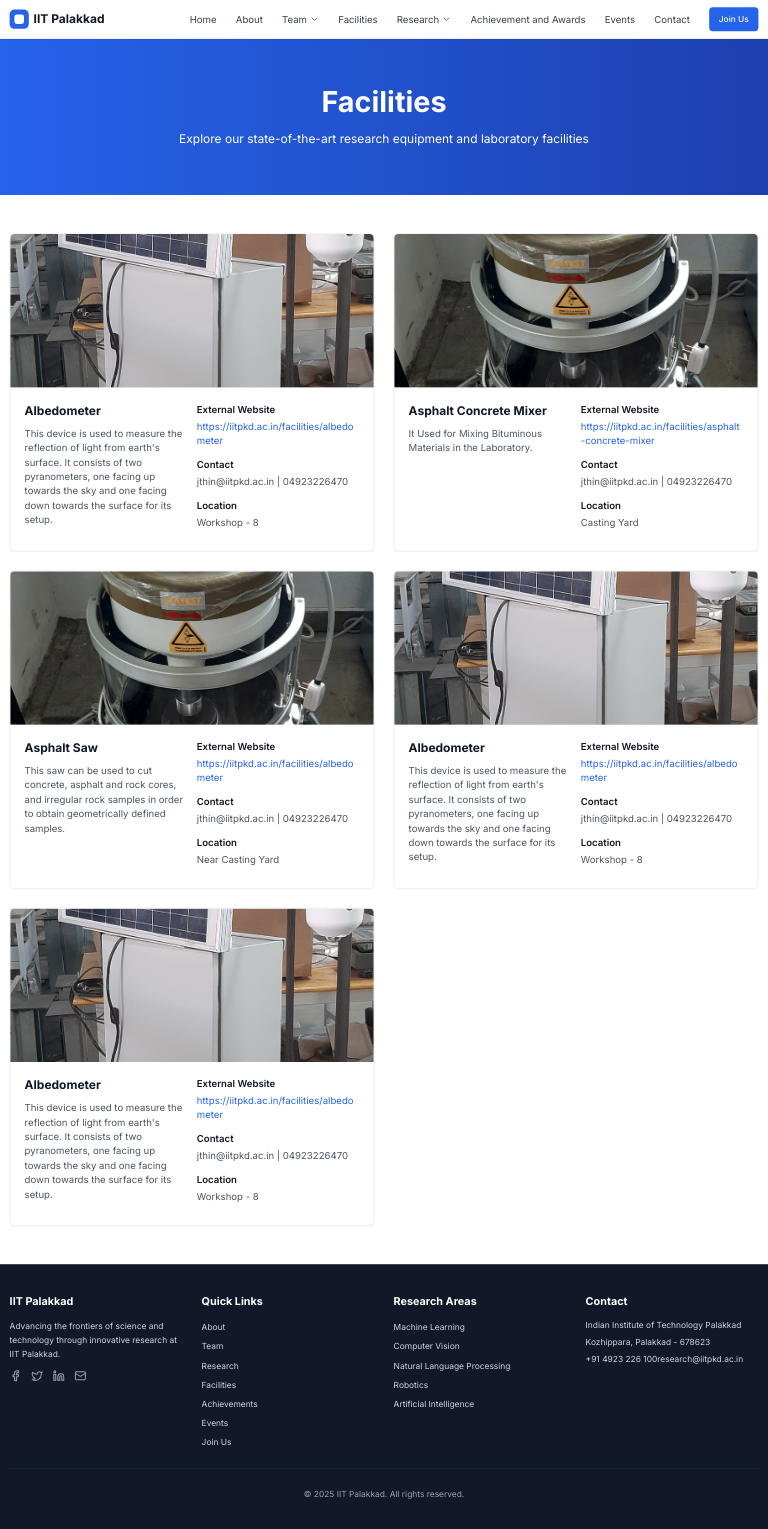
Repository: Gopikrish-30/ARISE
Page: /facilities
The author's editor kept a copy of each file at every save. The page is drawn from the files as they stood at one save, then again after a run of saves.
The browser window is 1280 px wide. The pictures show the whole page, at 60% of full size.
The project was rebuilt for these pictures with package versions that can differ from the ones it lists, and the page was loaded fresh each time. The framework's server and built-in components were replaced by stand-ins that run in the browser. Also part of the build but not shown: next.config.mjs.

Above is the page before, as saved 2025-06-27 22:47:37.

After the next 7 saves:
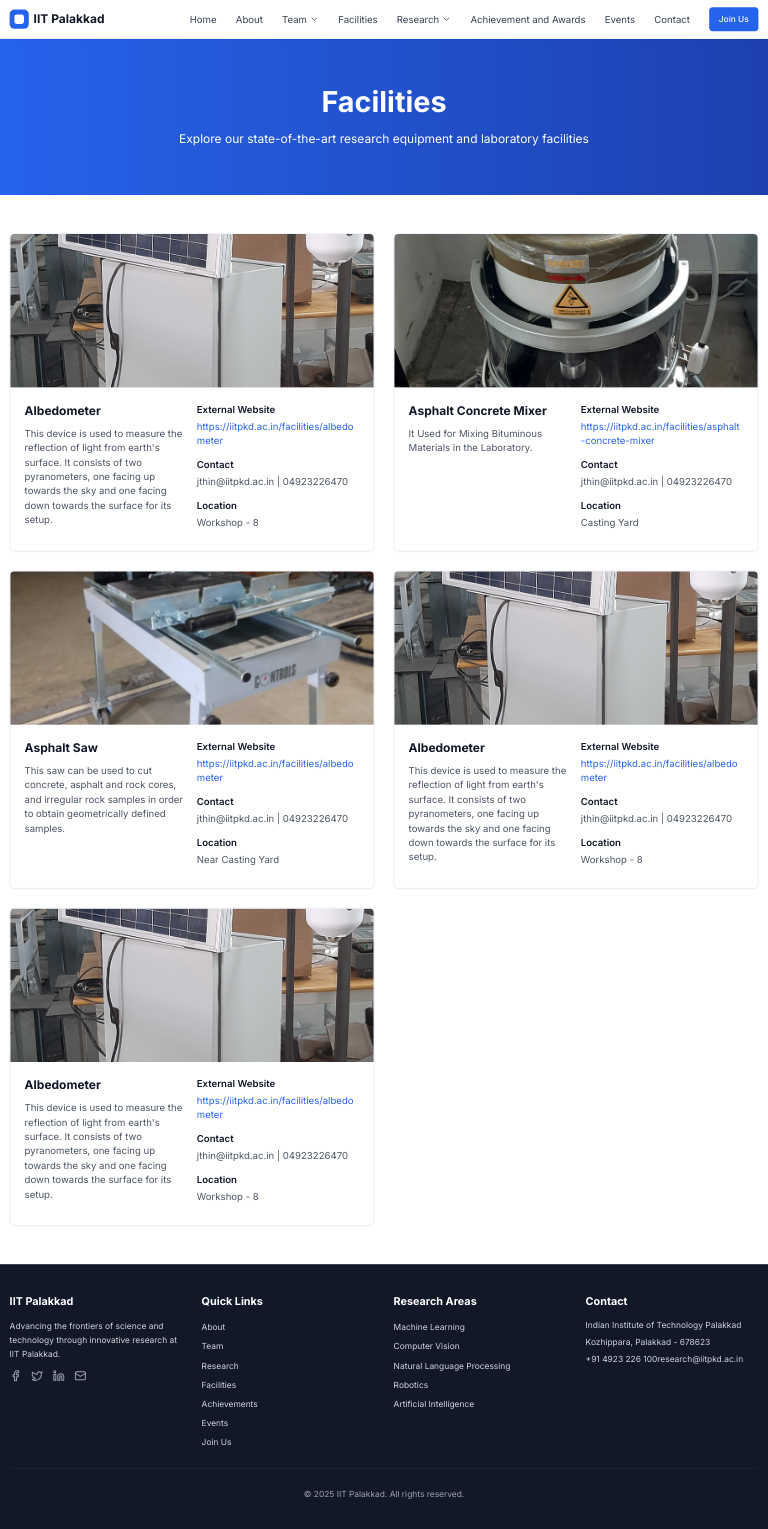
The 7 saves are shown as one change because they came seconds apart.
The last was saved 17 s later.
--- a/app/facilities/page.tsx
+++ b/app/facilities/page.tsx
@@ -29,7 +29,7 @@
     {
       title: "Asphalt Saw",
       description: "This saw can be used to cut concrete, asphalt and rock cores, and irregular rock samples in order to obtain geometrically defined samples.",
-      image: "/facilities/Asphalt-concrete-mixer.jpg?height=250&width=400&text=HPC+Cluster",
+      image: "/facilities/Asphalt saw.jpg?height=250&width=400&text=HPC+Cluster",
       externalLink: "https://iitpkd.ac.in/facilities/albedometer",
       contact: "jthin@iitpkd.ac.in | 04923226470",
       location: "Near Casting Yard",
